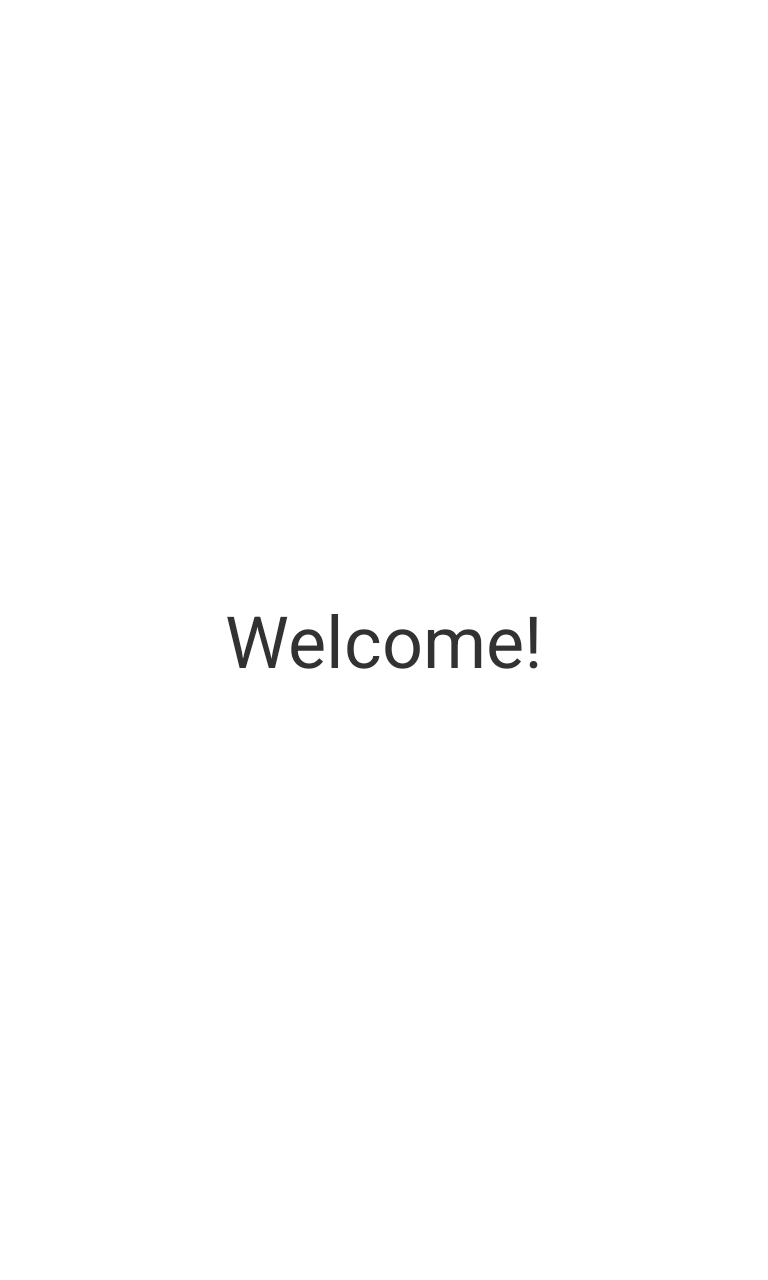
Repository: martawilgan/Android-iBeacon
Layout: iBeacon Sample/iBeaconSample/res/layout/activity_home.xml
These files come from the project's save history. The layout is drawn as it stood at one moment and after a run of saves; the edit follows.
It is drawn on a 768 x 1280 px phone screen (xhdpi) without system bars, with theme AppTheme; the app's code is not run.

Above is the layout before, as saved 2014-07-10 17:41:20.

After the next 2 saves:
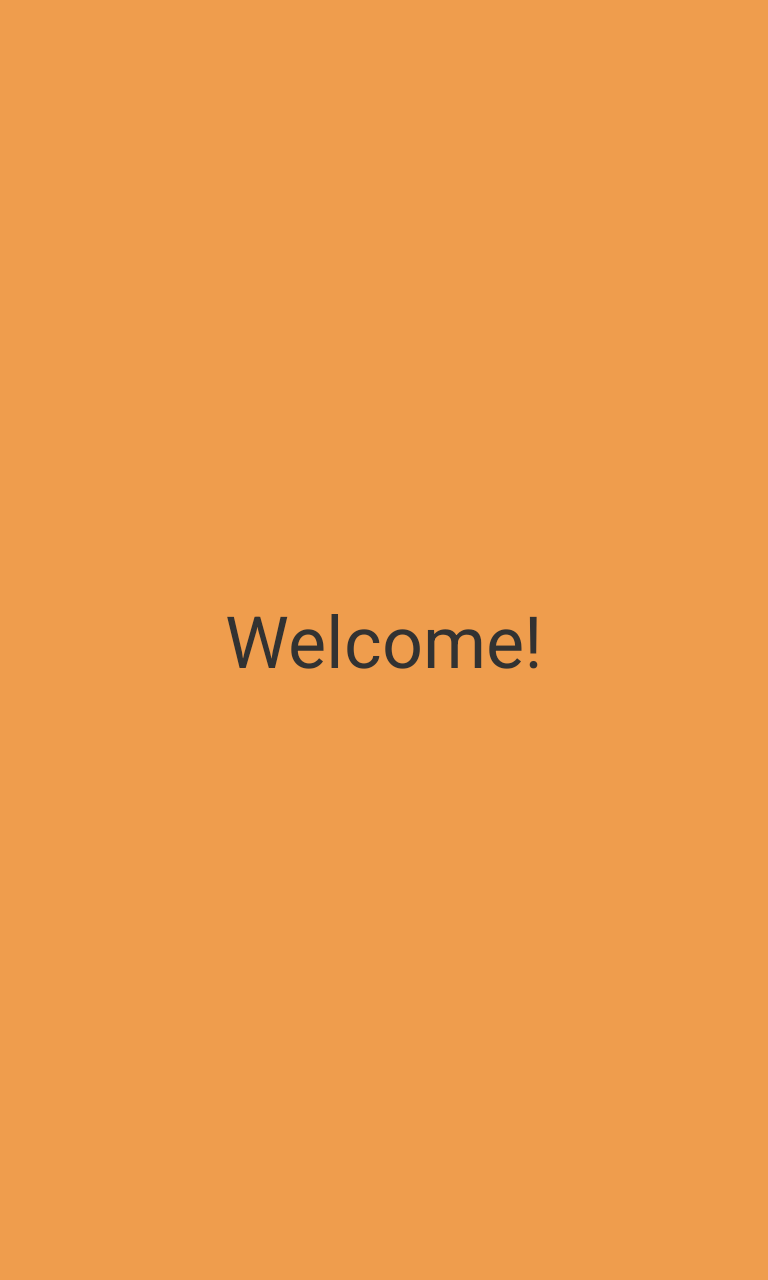
The 2 saves are shown as one change because 1 did not build or start.
The last was saved 65 s later.
--- a/iBeacon Sample/iBeaconSample/res/layout/activity_home.xml
+++ b/iBeacon Sample/iBeaconSample/res/layout/activity_home.xml
@@ -4,7 +4,7 @@
     android:layout_height="match_parent"
     android:orientation="vertical"
     android:gravity="center"
-    android:bacground="@color/Mango_Sorbert">
+    android:background="@color/Mango_Sorbet">
 
     <TextView
         android:id="@+id/tvHome"
